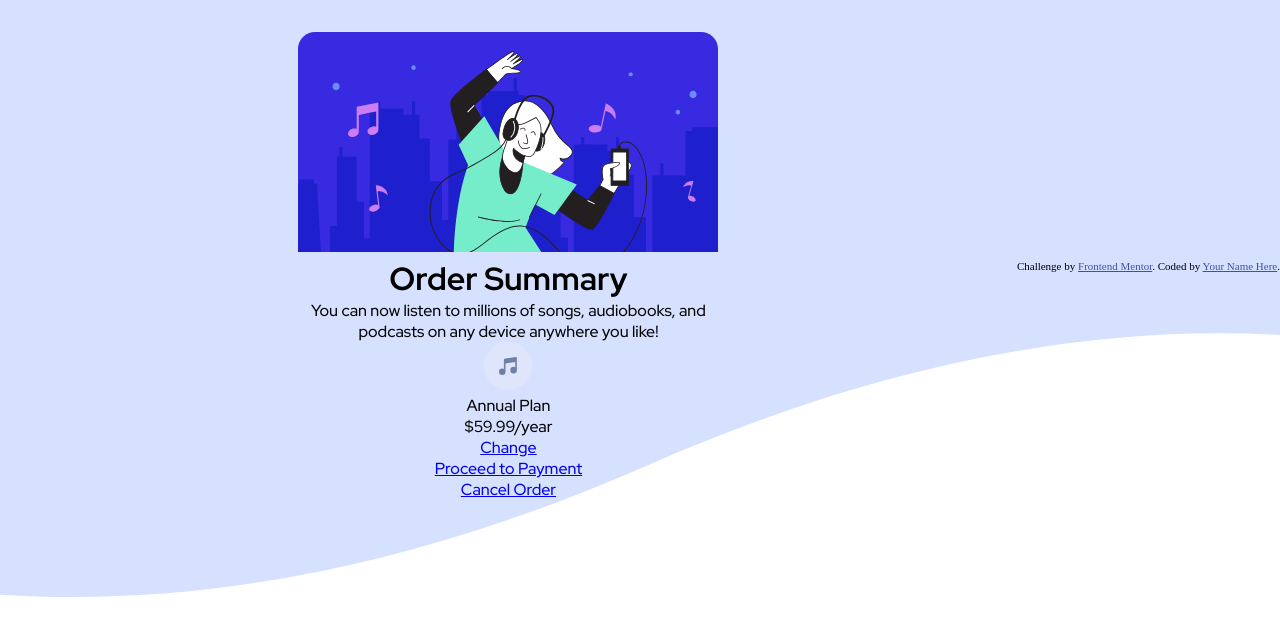
Repository: DejV44/order-summary-frontend
Page: index.html
These files come from the project's save history. The page is drawn as it stood at one moment and after the next save; the edit follows.
The browser window is 1280 px wide. The pictures show the whole page.
The style sheet was rebuilt from its Sass, Less or Tailwind sources for each picture, by a compiler version that may differ from the author's.

Above is the page before, as saved 2021-08-12 19:59:58.

After the next save:
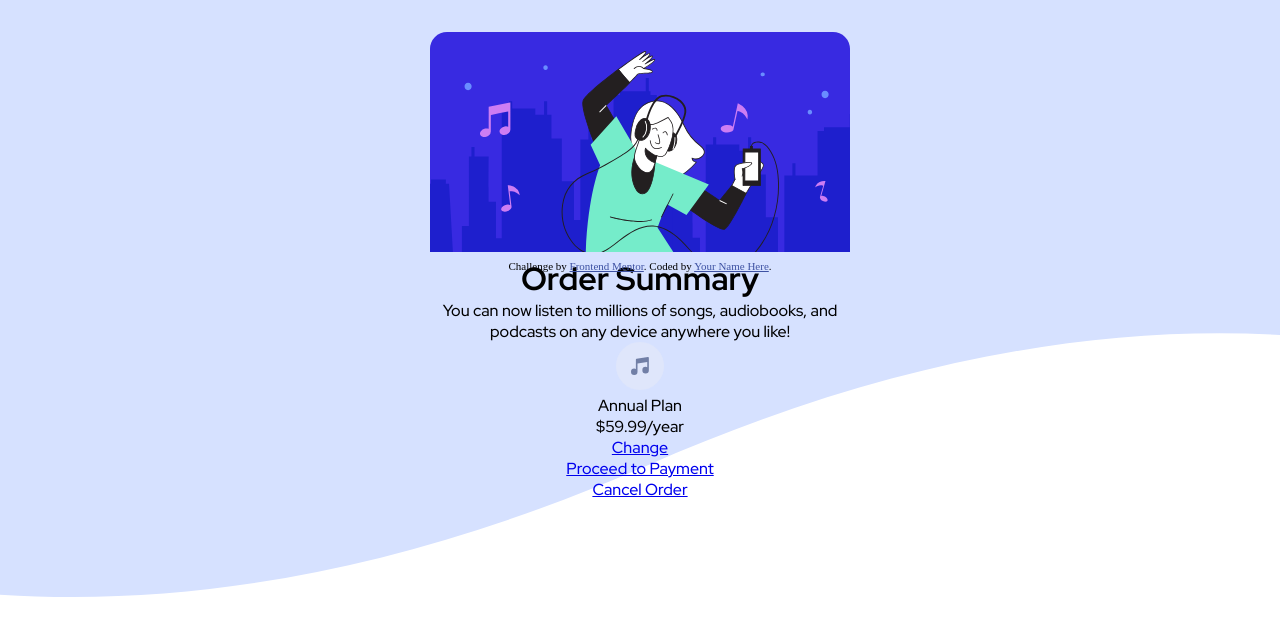
Saved 2 min 22 s later.
--- a/css/style.scss
+++ b/css/style.scss
@@ -24,5 +24,10 @@ body {
 
 
 
-.attribution { font-size: 11px; text-align: center; }
-.attribution a { color: hsl(228, 45%, 44%); }
+.attribution {
+    position: fixed;
+    font-size: 11px; text-align: center;
+    a {
+        color: hsl(228, 45%, 44%);
+    }
+}
